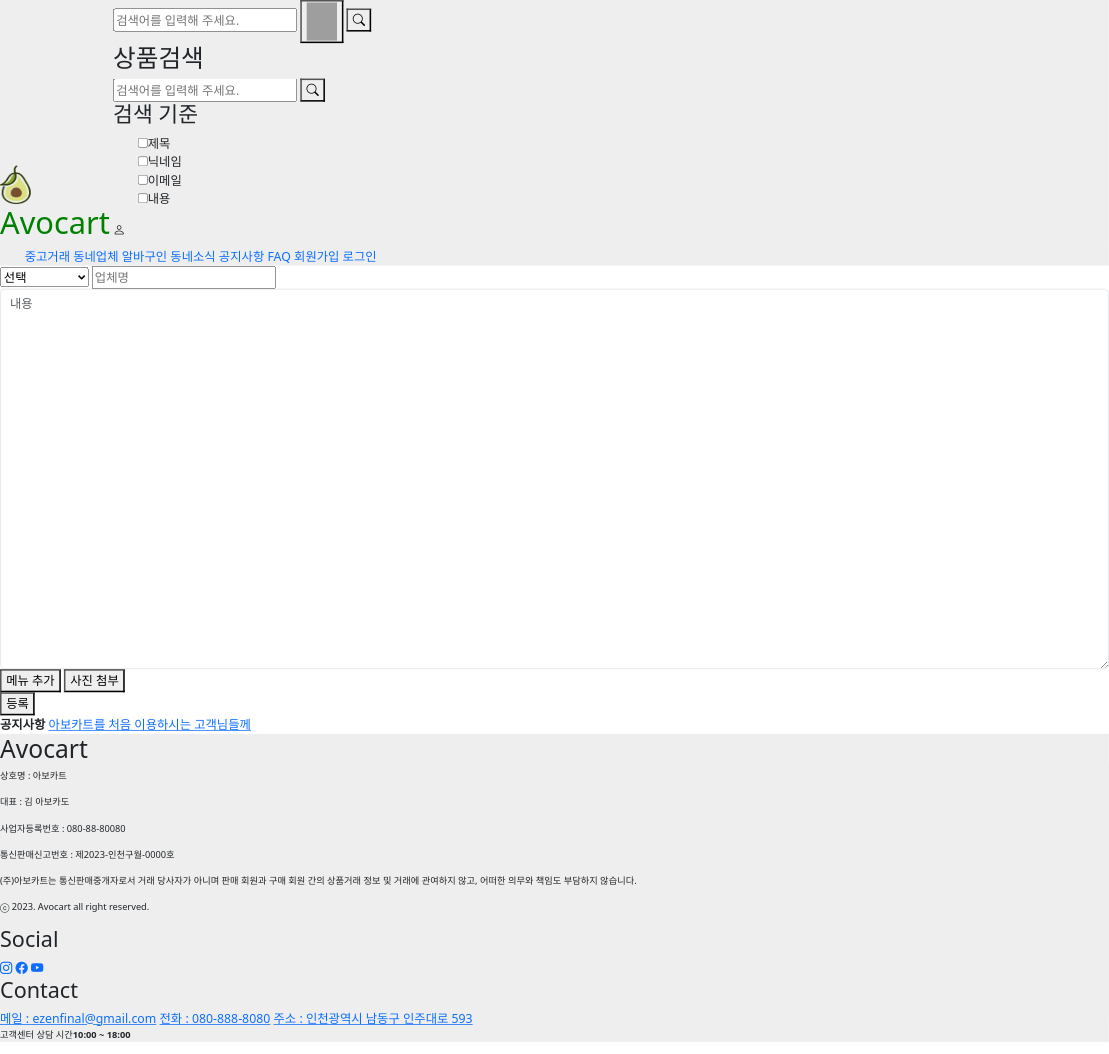
Repository: kimms0311/finalProject
Page: http://localhost/finalProject/WEB-INF/views/store/register.jsp
These files come from the project's save history. The page is drawn as it stood at one moment and after the next save; the edit follows.
The browser window is 1280 px wide. The page is 1440 px wide, so the pictures cover 1440 px, including what lies to the right of the window. The pictures show the whole page, at 77% of full size.
Pictures or frames that could not be fetched are drawn as grey boxes. The page is served by Tomcat 9. Nobody is signed in. Other server files are loaded and not shown. The template is opened directly, without the code that normally fills it, so the values that code supplies are empty.

Above is the page before, as saved 2023-11-23 10:17:41.

### finalProject/src/main/webapp/WEB-INF/views/store/register.jsp
<%@ page language="java" contentType="text/html; charset=UTF-8"
    pageEncoding="UTF-8"%>
<!DOCTYPE html>
<html>
<head>
<meta charset="UTF-8">
<title>Store Register</title>
</head>
<body class="bodyContainer">
<jsp:include page="../common/header.jsp" />
<form action="/store/register" method="post" enctype="multipart/form-data">
<input type="hidden" name="proCategory" value="store">
<select name="proMenu" id="proMenu">
	<option value="unselect" disabled="disabled" selected="selected">선택</option>
	<option value="과외/클래스">과외/클래스</option>
	<option value="반려동물">반려동물</option>
	<option value="병원/약국">병원/약국</option>
	<option value="뷰티샵">뷰티샵</option>
	<option value="세탁소">세탁소</option>
	<option value="수리">수리</option>
	<option value="운동">운동</option>
	<option value="육아">육아</option>
	<option value="음식점">음식점</option>
	<option value="이사/용달">이사/용달</option>
	<option value="인테리어 시공">인테리어 시공</option>
	<option value="청소">청소</option>
	<option value="취미">취미</option>
	<option value="카페/디저트">카페/디저트</option>
</select>
<input type="text" name="proTitle" id ="title" placeholder="업체명">
<textarea placeholder="내용" class="form-control" name="proContent" id="content" rows="20"></textarea>
<div id="menuZone">
<!-- 메뉴 등록 -->
</div>

<input type="file" name="files" id="files" accept="image/*" style="display:none;" multiple="multiple">
<button type="button" id="addMenu">메뉴 추가</button>
<button type="button" id="trigger">사진 첨부</button>

<div id="fileZone">
<!-- 이미지 미리보기 -->
</div>
<button type="submit" id="regBtn">등록</button>
</form>
<script type="text/javascript" src="/resources/js/storeBoardRegister.js"></script>
<jsp:include page="../common/footer.jsp" />
</body>
</html>

### finalProject/src/main/webapp/WEB-INF/views/common/header.jsp
<%@ page language="java" contentType="text/html; charset=UTF-8"
    pageEncoding="UTF-8"%>
<%@ taglib uri="http://java.sun.com/jsp/jstl/core" prefix="c"%>
<%@ taglib uri="http://www.springframework.org/security/tags" prefix="sec" %>
<!DOCTYPE html>
<html>
<head>
<meta charset="UTF-8">
<title>Insert title here</title>
<link rel="stylesheet" href="../resources/css/page.css">
<link href="https://cdn.jsdelivr.net/npm/bootstrap@5.3.1/dist/css/bootstrap.min.css" rel="stylesheet" integrity="sha384-4bw+/aepP/YC94hEpVNVgiZdgIC5+VKNBQNGCHeKRQN+PtmoHDEXuppvnDJzQIu9" crossorigin="anonymous">
<script src="https://cdn.jsdelivr.net/npm/bootstrap@5.3.1/dist/js/bootstrap.bundle.min.js" integrity="sha384-HwwvtgBNo3bZJJLYd8oVXjrBZt8cqVSpeBNS5n7C8IVInixGAoxmnlMuBnhbgrkm" crossorigin="anonymous"></script>
<link rel="stylesheet" href="https://cdn.jsdelivr.net/npm/bootstrap-icons@1.10.5/font/bootstrap-icons.css">
</head>
<body>

<div class="headerContainer">
   <header>
      <div class="logoSec">
         <img alt="logo" src="../resources/image/avocartLogo.png">
         <h1><a href="/">Avocart</a></h1>
      </div>
      <div class="searchSec">
         <form action="/common/search" method="post">
            <input type="search" id="searchInput" placeholder="검색어를 입력해 주세요.">
            <button type="button"><img width="24" height="24" src="https://img.icons8.com/plumpy/24/macos-close.png" alt="macos-close"/></button>
            <button type="button" class="openMenu">
               <i class="bi bi-search"></i>
            </button>
            <div class="searchMenu off">
               <h2>상품검색</h2>
               <input type="search" id="keyword" name="keyword" placeholder="검색어를 입력해 주세요.">
               <button type="submit">
                  <i class="bi bi-search"></i>
               </button>
               <h3>검색 기준</h3>
               <ul>
                  <li><input type="checkbox" name="srcCondit" id="ck_title" value="title"><label for="ck_title">제목</label></li>
                  <li><input type="checkbox" name="srcCondit" id="ck_nickname" value="nickname"><label for="ck_nickname">닉네임</label></li>
                  <li><input type="checkbox" name="srcCondit" id="ck_email" value="email"><label for="ck_email">이메일</label></li>
                  <li><input type="checkbox" name="srcCondit" id="ck_content" value="content"><label for="ck_content">내용</label></li>
               </ul>
               <!-- <h3>게시판 선택</h3>
               <ul>
                  <li><input type="checkbox" name="srcCondit" id="title" value="title"><label for="title">제목</label></li>
                  <li><input type="checkbox" name="srcCondit" id="nickname" value="nickname"><label for="nickname">닉네임</label></li>
                  <li><input type="checkbox" name="srcCondit" id="email" value="email"><label for="email">이메일</label></li>
                  <li><input type="checkbox" name="srcCondit" id="content" value="content"><label for="content">내용</label></li>
               </ul> -->
               <!-- <button type="button" id="checkCondit">확인</button> -->
            </div>
         </form>
         <i id="my" class="bi bi-person"></i>
         <!-- 로그인 후 오픈되어야 할 메뉴 -->
         <sec:authorize access="isAuthenticated()">
           <sec:authentication property="principal.mvo.memEmail" var="authEmail" />
            <div id="myMenu" class="off">
               <ul>
                  <li><a href="/hmember/detail?memEmail=${authEmail }">마이페이지</a></li>
                  <li><a href="#" id="logoutLink">로그아웃</a></li>
                  <form action="/member/logout" method="post" id="logoutForm">
                       <input type="hidden" name="memEmail" value="${authEmail }">
                  </form>
               </ul>
            </div>
         </sec:authorize>
      </div>
   </header>
   <nav>
      <ul>
         <li><a href="/joongo/list">중고거래</a></li>
         <li><a href="/store/list">동네업체</a></li>
         <li><a href="/job/list">알바구인</a></li>
         <li><a href="/community/list">동네소식</a></li>
         <li><a href="#">공지사항</a></li>
         <li><a href="#">FAQ</a></li>

           <!-- 로그인 전 오픈되어야 할 메뉴 -->
         <sec:authorize access="isAnonymous()">
            <li><a href="/member/register">회원가입</a></li>
            <li><a href="/member/login">로그인</a></li>
         </sec:authorize>
      </ul>
   </nav>
</div>

<script type="text/javascript" src="/resources/js/header.js"></script>
</body>
</html>

### finalProject/src/main/webapp/WEB-INF/views/common/footer.jsp
<%@ page language="java" contentType="text/html; charset=UTF-8"
    pageEncoding="UTF-8"%>
<!DOCTYPE html>
<html>
<head>
<meta charset="UTF-8">
<title>Insert title here</title>
</head>
<body>
<footer>
	<section class="infoSec">
		<div>
			<b>공지사항</b>
			<a href="#">아보카트를 처음 이용하시는 고객님들께</a>
		</div>
	</section>
	<div class="footerContainer">
		<div class="mainSec">
			<h2>Avocart</h2>
			<p>상호명 : 아보카트</p>
			<p>대표 : 김 아보카도</p>
			<p>사업자등록번호 : 080-88-80080</p>
			<p>통신판매신고번호 : 제2023-인천구월-0000호</p>
			<p>(주)아보카트는 통신판매중개자로서 거래 당사자가 아니며 판매 회원과 구매 회원 간의 상품거래 정보 및 거래에 관여하지 않고, 어떠한 의무와 책임도 부담하지 않습니다.</p>
			<p>ⓒ 2023. Avocart all right reserved.</p>
		</div>
		<div class="socialSec">
			<h3>Social</h3>
			<a href="#"><i class="bi bi-instagram"></i></a>
			<a href="#"><i class="bi bi-facebook"></i></a>
			<a href="#"><i class="bi bi-youtube"></i></a>
		</div>
		<div class="contactSec">
			<h3>Contact</h3>
			<a href="mailto:ezenFinal@gmail.com">메일 : ezenfinal@gmail.com</a>
			<a href="tel:080-888-8080">전화 : 080-888-8080</a>
			<a href="https://kko.to/k2pByw0PdA" target="_blank">주소 : 인천광역시 남동구 인주대로 593</a>
			<p>고객센터 상담 시간<b>10:00 ~ 18:00</b></p>
		</div>
	</div>
</footer>
</body>
</html>

### finalProject/src/main/webapp/resources/css/page.css
@import url("reset.css");
@import url("global.css");

### finalProject/src/main/webapp/resources/js/storeBoardRegister.js
document.getElementById('trigger').addEventListener('click',()=>{
    document.getElementById('files').click();
});

const regExp = new RegExp("\.(exe|sh|bat|js|msi|dll)$"); //실행파일 막기
//const regExpImg = new RegExp("\.(jpg|jpeg|png|gif)$"); //이미지 파일만
const maxSize = 1024*1024*20; //파일 최대 사이즈

function fileValidation(fileName, fileSize){
//    if(!regExpImg.test(fileName)){
//        return 0;
//    }else
    if(regExp.test(fileName)){
        return 0;
    }else if(fileSize > maxSize){
        return 0;
    }else {
        return 1;
    }
}

document.addEventListener('change',(e)=>{
    if(e.target.id == 'files'){
        //파일을 다시 추가할 때는 버튼 상태를 원래대로 변경
        document.getElementById('regBtn').disabled = false;

        //input file element에 저장된 file의 정보를 가저오는 property
        const fileObj = document.getElementById('files').files;
        console.log(fileObj);

        //첨부파일에 대한 정보를 fileZone에 기록
        let div = document.getElementById('fileZone');
        //기존 값이 있다면 삭제
        div.innerHTML="";
        //ul => li로 첨부파일 추가
        //<ul class="list-group list-group-flush">
        //<li class="list-group-item">An item</li>
        let isOk = 1; //여러 파일이 모두 검증에 통과해야 하기 때문에 * 로 각 파일마다 통과여부 확인
        let ul=`<ul class="list-group list-group-flush">`;
            for(let file of fileObj){
                let vaildResult = fileValidation(file.name, file.size); //0 또는 1로 리턴
                isOk *= vaildResult;
                ul+= `<li class="list-group-item d-flex justify-content-between align-items-start">`;
                ul+= `<div class="ms-2 me-auto">`;
                ul+= `${vaildResult ? '<div class="fw-bold">업로드 가능</div>' : '<div class="fw-bold text-danger">업로드 불가능</div>'}`;
                ul+= `${file.name}</div>`;
                ul+= `<span class="badge rounded-pill text-bg-${vaildResult ? 'success':'danger'}">${file.size}Bypes</span></li>`;
            }
            ul +=`</ul>`;
            div.innerHTML = ul;

            if(isOk == 0){
                document.getElementById('regBtn').disabled = true;
            }
    }
})

### finalProject/src/main/webapp/resources/css/global.css
.headerContainer{
}
header{
	width: 1440px;
	margin: 0 auto;
	background-color: #eeeeee;
}
header>*{
	display: inline-block;
}
header img{
	width: 40px;
	height: 50px;
}
header h1 a{
	text-decoration: none;
	color: green;
}
nav{
	width: 1440px;
	margin: 0 auto;
	background-color: #eeeeee;

}
nav ul{
	display: inline;
}
nav ul li{
	display: inline-block;
}
nav ul li a{
	text-decoration: none;

}


.bodyContainer{
	margin: 0 auto;
	width: 1440px;
}

footer .footerContainer{
	margin: 0 auto;
	width: 1440px;
	background-color: #eeeeee;

}

footer{
}
footer p{
	display: block;
	font-size: 12px;
}

Loaded but not shown: finalProject/src/main/webapp/resources/css/reset.css (common file); finalProject/src/main/webapp/resources/js/header.js (no copy from this time; the picture is the same without it)

After the next save:
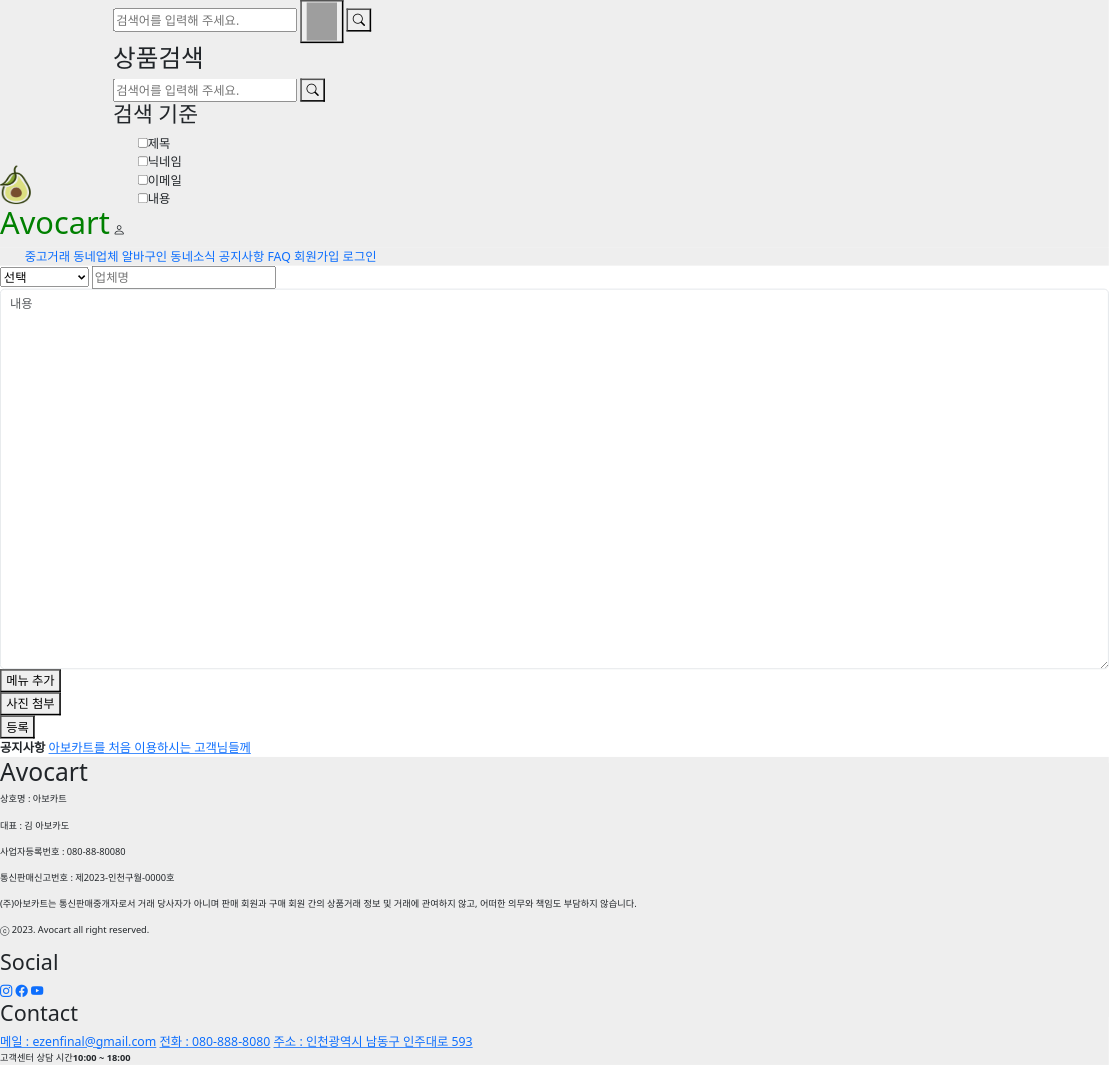
Saved 10 s later.
--- a/finalProject/src/main/webapp/WEB-INF/views/store/register.jsp
+++ b/finalProject/src/main/webapp/WEB-INF/views/store/register.jsp
@@ -29,12 +29,13 @@
 </select>
 <input type="text" name="proTitle" id ="title" placeholder="업체명">
 <textarea placeholder="내용" class="form-control" name="proContent" id="content" rows="20"></textarea>
+
+<input type="file" name="files" id="files" accept="image/*" style="display:none;" multiple="multiple">
+<button type="button" id="addMenu">메뉴 추가</button>
 <div id="menuZone">
 <!-- 메뉴 등록 -->
 </div>
 
-<input type="file" name="files" id="files" accept="image/*" style="display:none;" multiple="multiple">
-<button type="button" id="addMenu">메뉴 추가</button>
 <button type="button" id="trigger">사진 첨부</button>
 
 <div id="fileZone">
